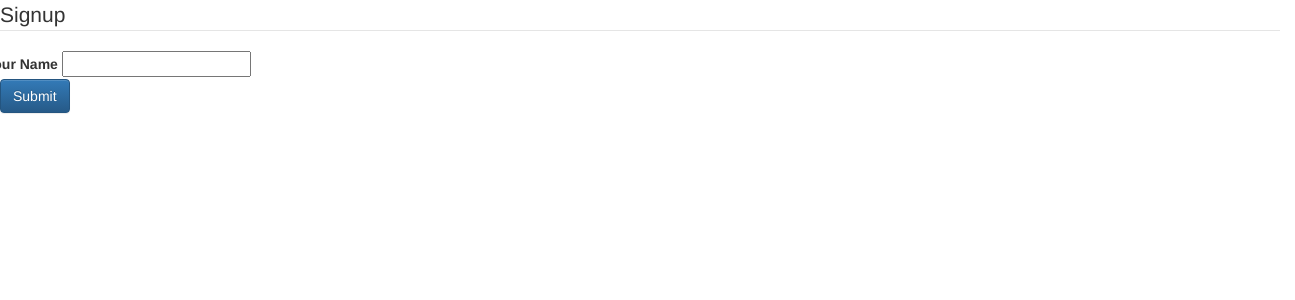
Repository: tkavukat/my-repo
Page: signup.html
The author's editor kept a record of every edit. The page is drawn from the files as they stood at one moment, then again after the next edit.
The browser window is 1280 px wide. The page is 1295 px wide, so the pictures cover 1295 px, including what lies to the right of the window. The pictures show the whole page.
Some web libraries are served in a nearby version.

Above is the page before.

After the next edit:
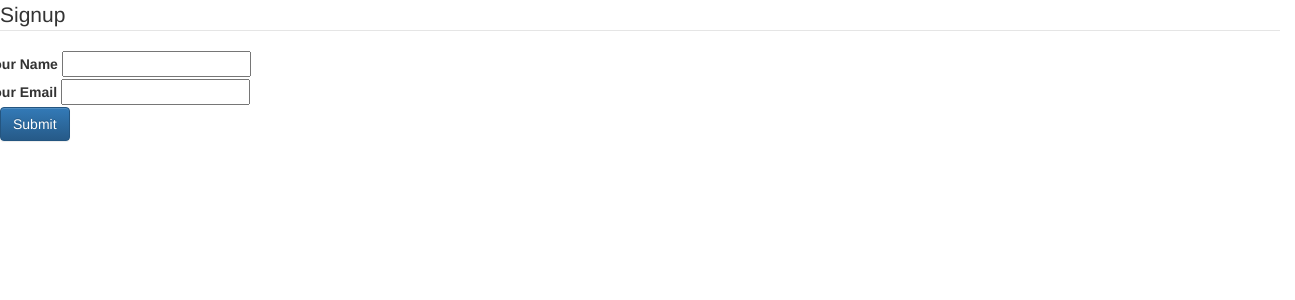
The edit:
--- a/signup.html
+++ b/signup.html
@@ -23,7 +23,12 @@
                         <input type="text" name="name" ng-model="signup.name" ng-minlength="3" ng-maxlength="10" required />
                     </div>
                 </div>
-
+                <div class="row">
+                    <div class="large 12-columns">
+                        <label>Your Email</label>
+                        <input type="email" name="email" ng-model="signup.email" ng-minlength="3" ng-maxlength="10" required />
+                    </div>
+                </div>
                 <input type="submit" value="Submit" class="btn btn-primary" />
             </fieldset>
         </form>
